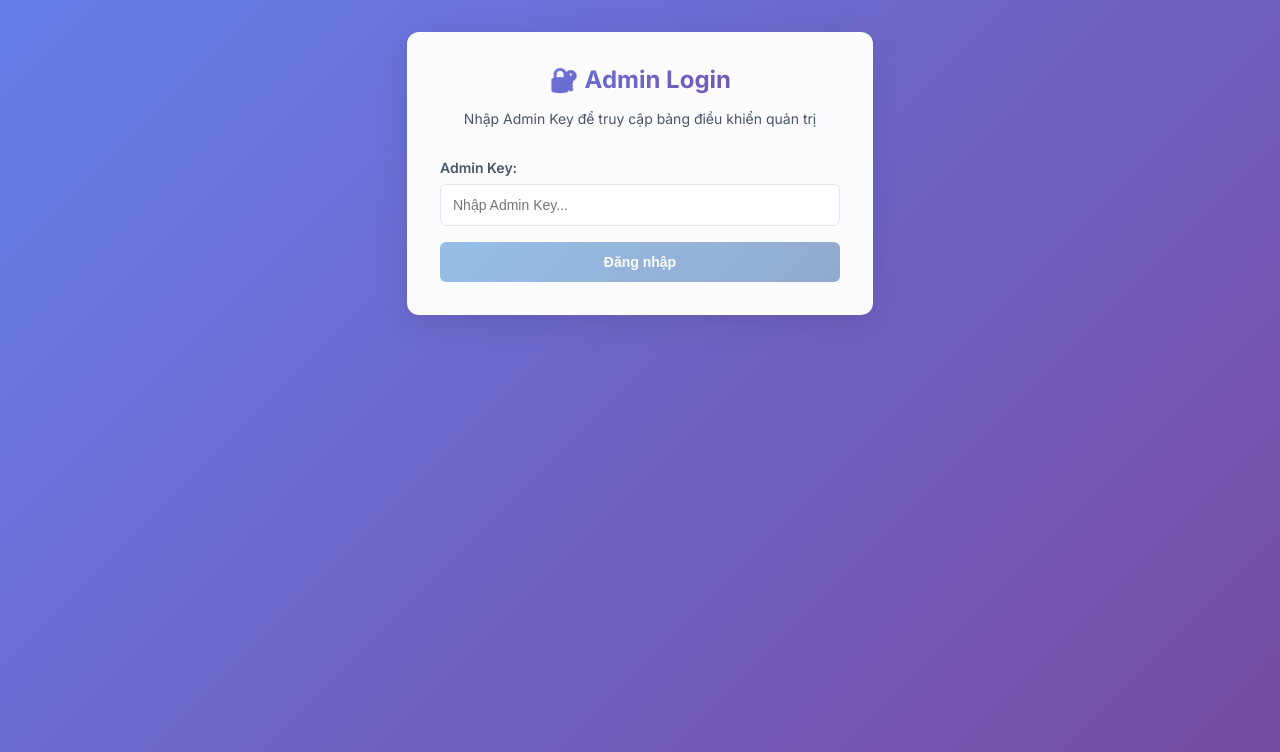
Repository: HuynhPPP/Quiz_App
Page: / (app in frontend/), after clicking the first element matching `button.admin-toggle-btn`
An editor plug-in stored every save of this project. The page is shown before and after the next save, followed by the edit.
The browser window is 1280 px wide. The pictures show the whole page.
The page's requests for data from a server got no answer. The project was rebuilt for these pictures with package versions that can differ from the ones it lists, and the page was loaded fresh each time. No one was signed in, and anything a server would have sent is missing. Also part of the build but not shown: frontend/vite.config.js, frontend/src/components/Resutl.jsx, frontend/src/components/Review.jsx, frontend/src/components/PlayerNameSetup.jsx, frontend/src/components/Leaderboard.jsx, frontend/src/components/admin/QuestionManagement.jsx, frontend/src/components/admin/PlayerManagement.jsx, frontend/src/components/admin/AdminStats.jsx and 1 more.

Above is the page before, as saved 2025-09-28 14:30:13.

After the next save:
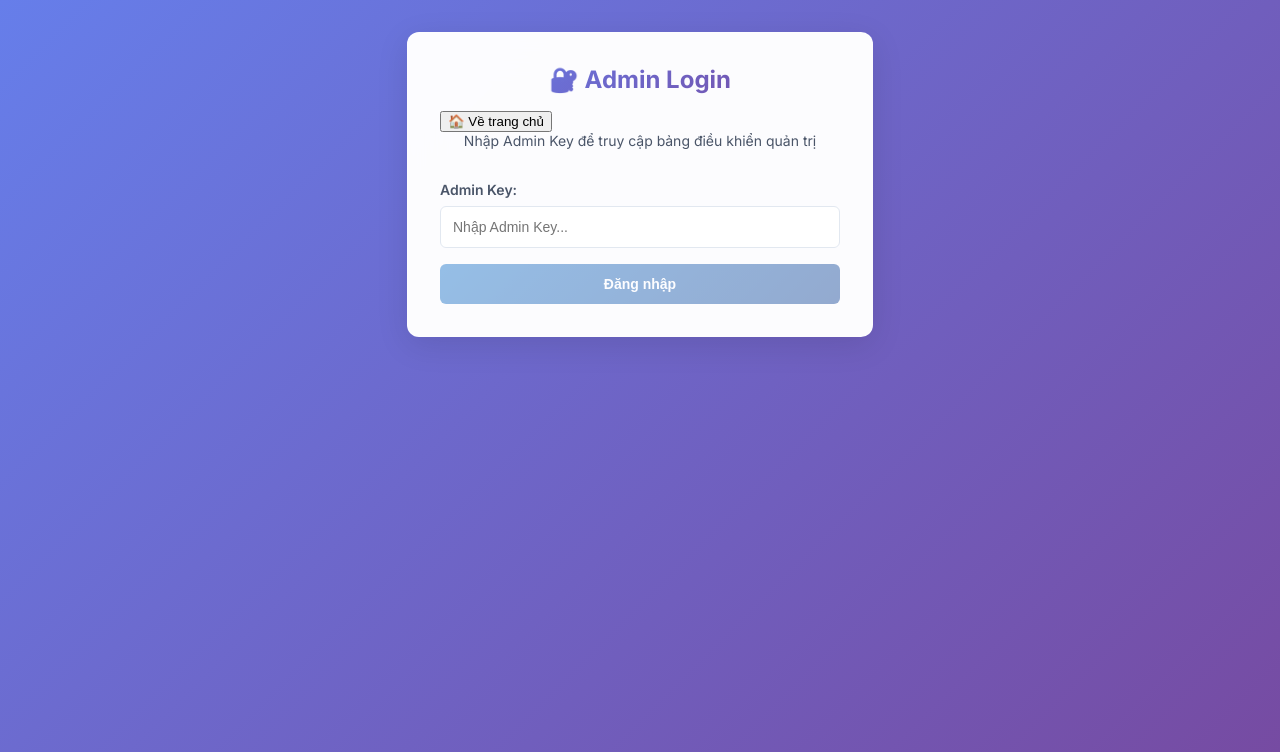
Saved 58 s later.
--- a/frontend/src/components/admin/AdminDashboard.jsx
+++ b/frontend/src/components/admin/AdminDashboard.jsx
@@ -60,7 +60,12 @@ const AdminDashboard = () => {
     return (
       <div className="admin-login">
         <div className="login-container">
-          <h1>🔐 Admin Login</h1>
+          <div className="login-header">
+            <h1>🔐 Admin Login</h1>
+            <button onClick={handleBackToHome} className="home-btn-login">
+              🏠 Về trang chủ
+            </button>
+          </div>
           <p className="login-description">
             Nhập Admin Key để truy cập bảng điều khiển quản trị
           </p>
